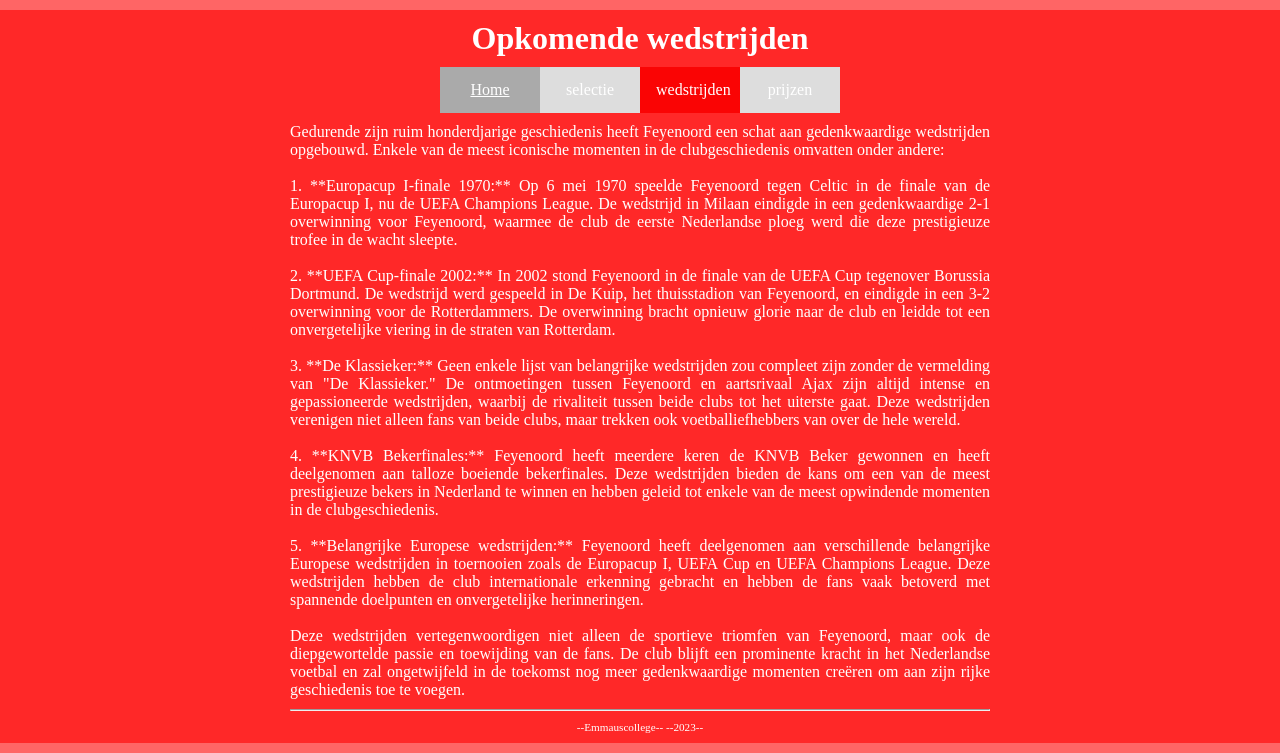
Repository: Manoize/ManoIze
Page: info.html
These files come from the project's save history. The page is drawn as it stood at one moment and after the next save; the edit follows.
The browser window is 1280 px wide. The pictures show the whole page.
The pointer rests on the first visible `nav li a`.

Above is the page before, as saved 2023-10-24 10:22:27.

After the next save:
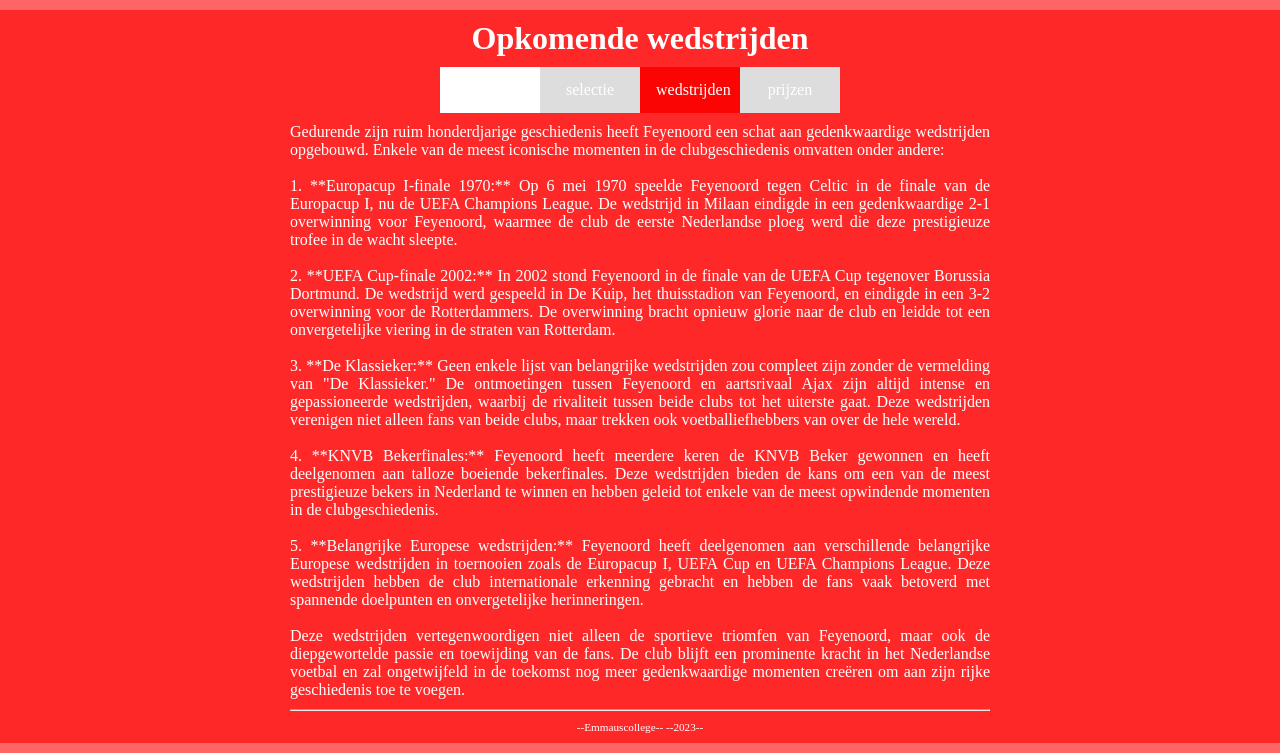
Saved 41 s later.
--- a/style.css
+++ b/style.css
@@ -125,7 +125,7 @@
 }
 
 nav li a:hover {
-    background-color: #aaaaaa;
+    background-color: #ffffff;
 }
 
 nav li a.active {
